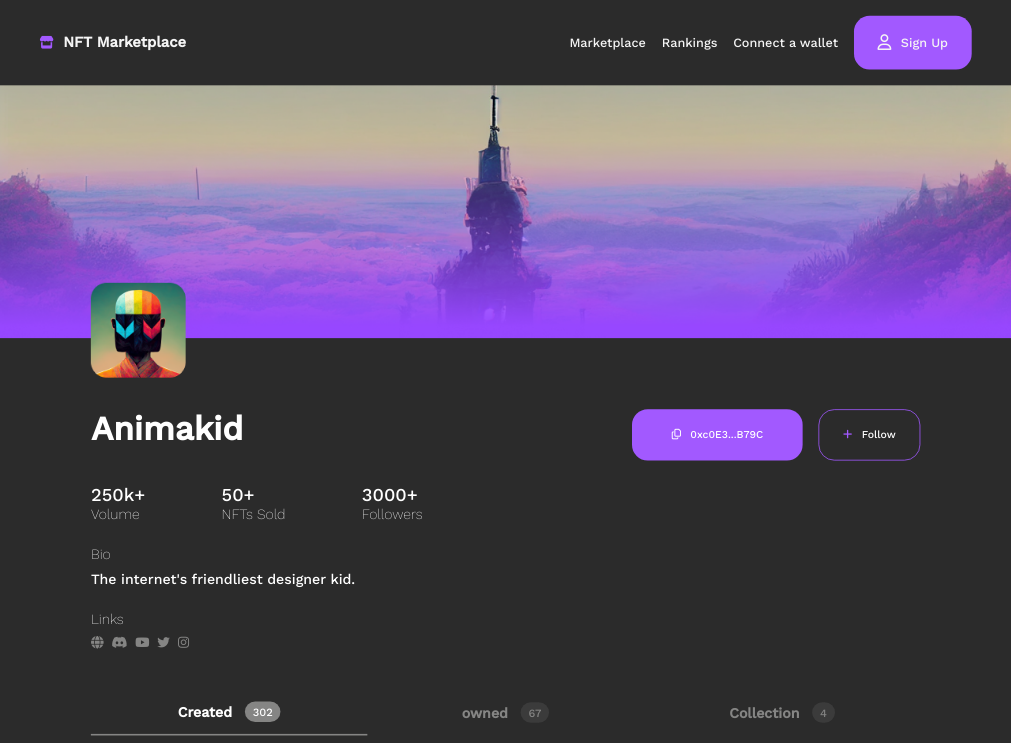
Repository: levananh202ht/NFT_Marketplace
Page: index.html
An editor plug-in stored every save of this project. The page is shown before and after the next save, followed by the edit.
The browser window is 1280 px wide. The pictures show the whole page, at 79% of full size.

Above is the page before, as saved 2023-12-10 01:41:49.

After the next save:
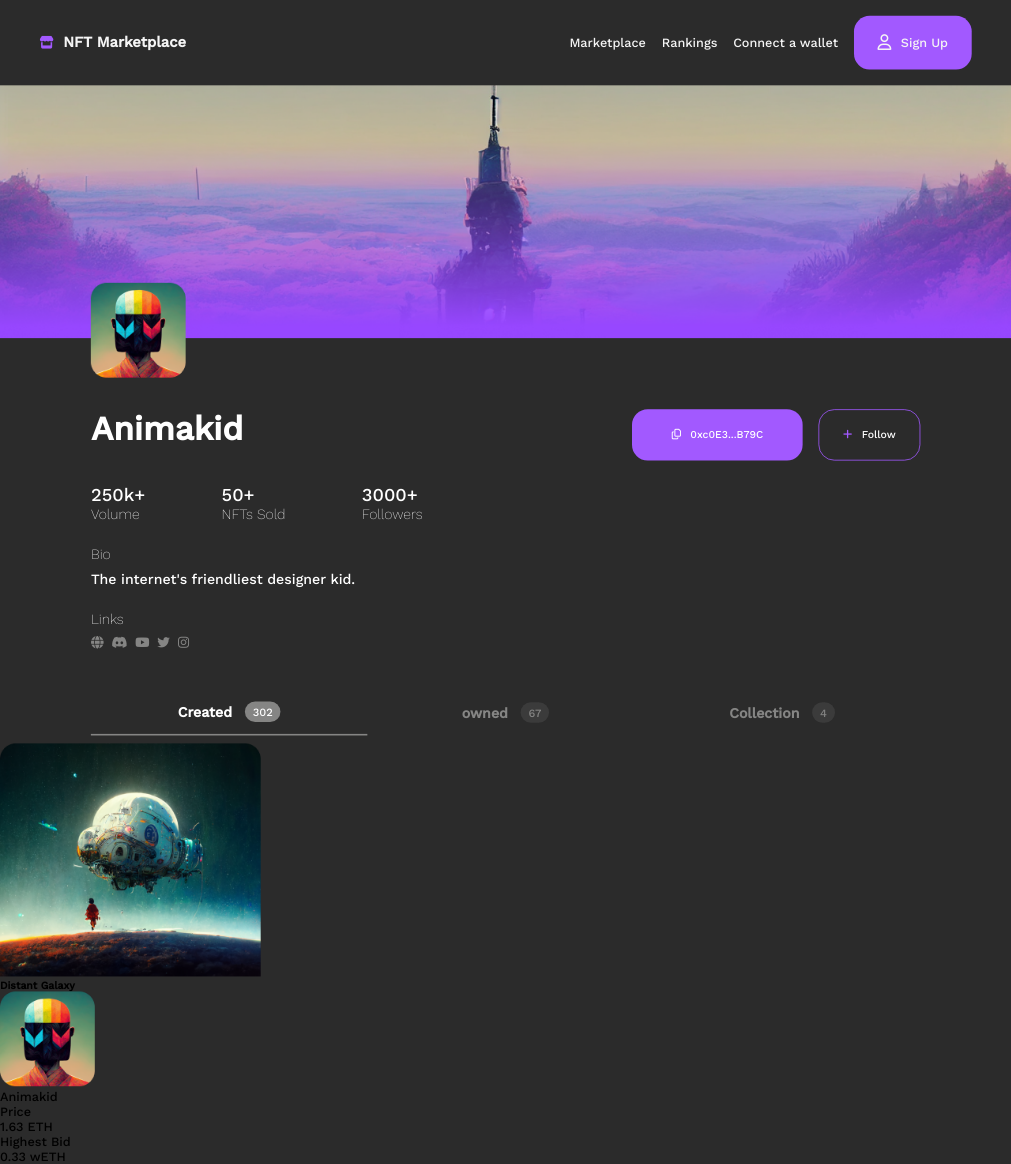
Saved 34 min 6 s later.
--- a/index.html
+++ b/index.html
@@ -137,8 +137,31 @@
             </div>
 
         </div>
+        <!-- cardSection -->
+        <div class="nft_cardSection">
 
-        <div class="nft_cardSection"></div>
+            <div>
+
+                <img src="./assets/images/Image Placeholder (1).png" alt="Image Placeholder">
+                <h5>Distant Galaxy</h5>
+                <div>
+                    <img src="./assets/images/Avatar Placeholder.png" alt="Avatar">
+                    <p>Animakid</p>
+                </div>
+                <div>
+                    <div>
+                        <p>Price</p>
+                        <p>1.63 ETH</p>
+                    </div>
+                    <div>
+                        <p>Highest Bid</p>
+                        <p>0.33 wETH</p>
+                    </div>
+                </div>
+
+            </div>
+
+        </div>
 
         <div class="footer"></div>
 
